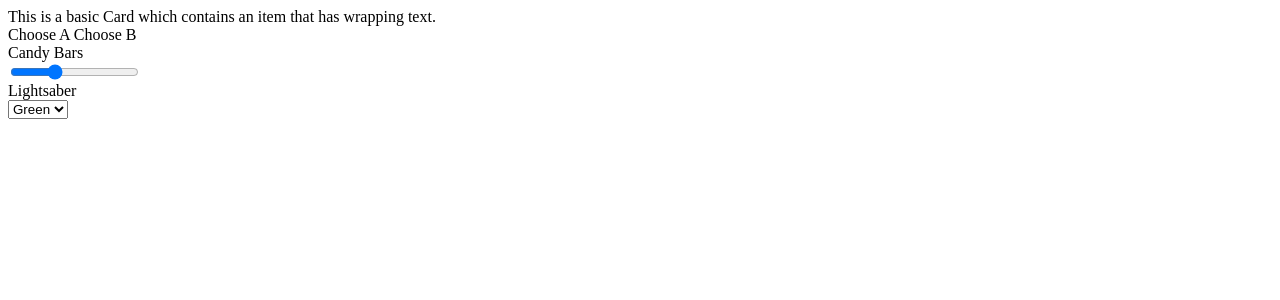
Repository: geof379/phoenix
Page: www/templates/setting.html
These files come from the project's save history. The page is drawn as it stood at one moment and after the next save; the edit follows.
The browser window is 1280 px wide. The pictures show the whole page.

Above is the page before, as saved 2017-04-17 15:56:09.

After the next save:
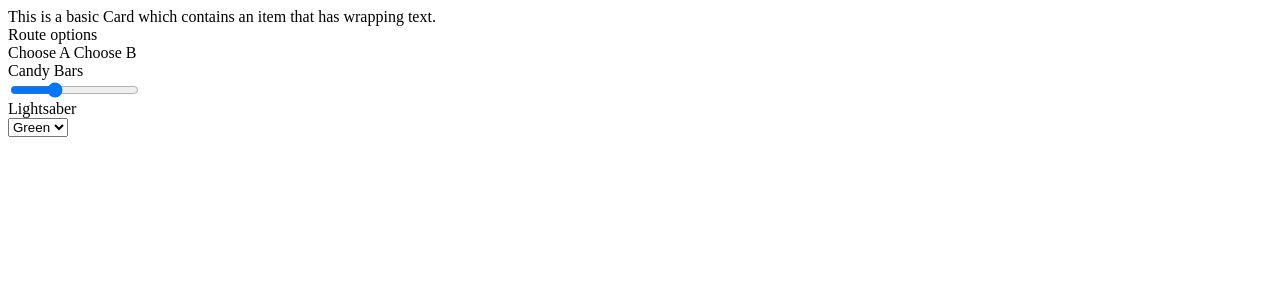
Saved 5 s later.
--- a/www/templates/setting.html
+++ b/www/templates/setting.html
@@ -9,7 +9,7 @@
 
         <div class="list">
 
-            <div class="item item-divider">  </div>
+            <div class="item item-divider"> Route options </div>
             <ion-list>
                 <ion-radio ng-model="choice" ng-value="'A'">Choose A</ion-radio>
                 <ion-radio ng-model="choice" ng-value="'B'">Choose B</ion-radio>
